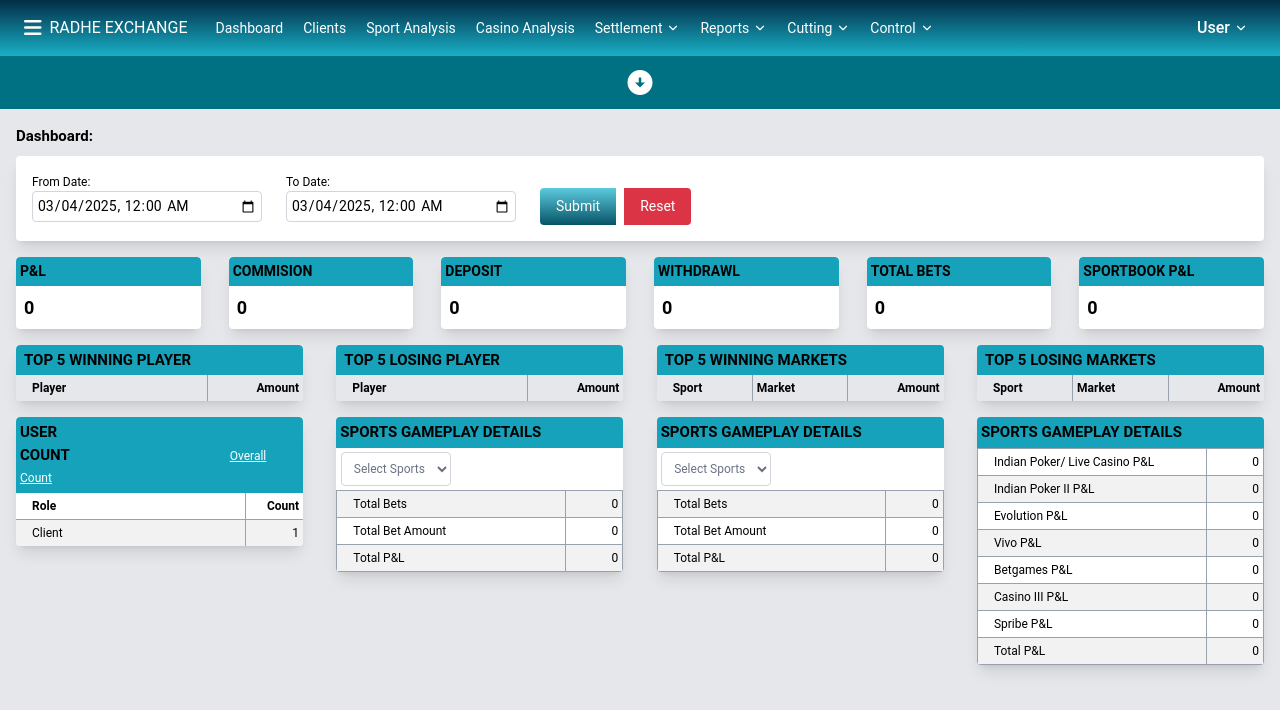
Repository: Habeebur1493/Radhe-Exchange
Page: /dashboard (app in frontend/)
An editor plug-in stored every save of this project. The page is shown before and after the next save, followed by the edit.
The browser window is 1280 px wide. The pictures show the whole page.
Some web libraries are served in a nearby version. The project was rebuilt for these pictures with package versions that can differ from the ones it lists, and the page was loaded fresh each time. Also part of the build but not shown: frontend/vite.config.js, frontend/src/components/login.jsx, frontend/src/components/Register.jsx.

Above is the page before, as saved 2025-03-05 12:36:21.

### frontend/index.html
<!doctype html>
<html lang="en">
  <head>
    <meta charset="UTF-8" />
    <meta name="viewport" content="width=device-width, initial-scale=1.0" />
    <link
    href="https://cdn.jsdelivr.net/npm/remixicon@4.5.0/fonts/remixicon.css"
    rel="stylesheet"
/>
<link rel="stylesheet" href="https://cdnjs.cloudflare.com/ajax/libs/font-awesome/6.7.2/css/all.min.css" integrity="sha512-Evv84Mr4kqVGRNSgIGL/F/aIDqQb7xQ2vcrdIwxfjThSH8CSR7PBEakCr51Ck+w+/U6swU2Im1vVX0SVk9ABhg==" crossorigin="anonymous" referrerpolicy="no-referrer" />
    <title>Radheexch | Admin</title>

  </head>
  <body>
    <div id="root"></div>
    <script type="module" src="/src/main.jsx"></script>
  </body>
</html>

### frontend/src/App.jsx
import React from "react";
import "./App.css";
import { Navigate, Routes, Route } from "react-router-dom";
import Login from "./components/login";
import Register from "./components/Register";
import Dashboard from "./components/dashboard";

const App = () => {
  return (
    <div>
      <Routes>
        <Route path="/" element={<Navigate to="/login" />} />
        <Route path="/login" element={<Login />} />
        <Route path="/register" element={<Register />} />
        <Route path="/dashboard" element={<Dashboard />} />
      </Routes>
    </div>
  );
};

export default App;

### frontend/src/App.css
@import "tailwindcss";

@import url('https://fonts.googleapis.com/css2?family=Roboto:ital,wght@0,100..900;1,100..900&display=swap');

:root {
    --primary-background: linear-gradient(#022d45, #18b0c7);
    --secondary-background: linear-gradient(#5dcbde, #075366);
    --tertiary-background: linear-gradient(#007182, #4ab4c7);
    --four-background: linear-gradient(#075366, #5dcbde);
}

.main{
    background: var(--primary-background);
    font-family: "Roboto", sans-serif;
}

.btn{
    background: var(--secondary-background);
    font-family: "Roboto", sans-serif;
}

nav{
    background: var(--primary-background);
    font-family: "Roboto", sans-serif;
    font-size: 14px;
}
.dashboard{
    font-family: "Roboto", sans-serif;
    font-size: 14px;
}

.sidebar{
    background: var(--tertiary-background);
    font-family: "Roboto", sans-serif;
    font-size: 14px;
}
.btn1{
    background: var(--secondary-background);
    font-family: "Roboto", sans-serif;
    transition: all 0.3s ease-in-out;
}
.btn1:hover{
    background: var(--four-background);
}

.dash{
    font-family: "Roboto", sans-serif;
    font-size: 14px;
}

### frontend/src/components/Sidebar.jsx
import React, { useState } from "react";
import { Link } from "react-router-dom"; // Ensure you use react-router for navigation

const Sidebar = () => {
  const [isOpen, setIsOpen] = useState(false);
  const [dropdowns, setDropdowns] = useState({});
  const [nestedDropdowns, setNestedDropdowns] = useState({});

  const toggleDropdown = (category) => {
    setDropdowns((prev) => ({ ...prev, [category]: !prev[category] }));
  };

  const toggleNestedDropdown = (item) => {
    setNestedDropdowns((prev) => ({ ...prev, [item]: !prev[item] }));
  };



  const menuItems = [
    {
      key: "cricket",
      label: "Cricket",
      items: [
        {
          title: "ICC Champions Trophy",
          subItems: ["India v Australia", "England v South Africa", "South Africa v New Zealand"],
        },
        {
          title: "Women's Premier League",
          subItems: ["Women's Premier League", "Up Warriorz W v Mumbai Indians W", "Gujarat Giants W v Delhi Capitals W"],
        },
        {
          title: "International T20 Masters League",
          subItems: ["Sri Lanka Masters v West Indies Masters", "India Masters v Australia Masters"],
        },
      ],
    },
    {
      key: "soccer",
      label: "Soccer",
      items: [
        {
          title: "League 1",
          subItems: ["Team A v Team B", "Team C v Team D"],
        },
        {
          title: "League 2",
          subItems: ["Match 3", "Match 4"],
        },
      ],
    },
    {
      key: "tennis",
      label: "Tennis",
      items: [
        {
          title: "Grand Slam",
          subItems: ["Final Match", "Semi Final"],
        },
        {
          title: "ATP Finals",
          subItems: ["Quarter Final", "Round of 16"],
        },
      ],
    },
    {
      key: "Horse",
      label: "Horse",
      items: [
        {
          title: "Grand Prix",
          subItems: ["Final Match", "Semi Final"],
        },
        {
          title: "ATP Finals",
          subItems: ["Quarter Final", "Round of 16"],
        },
      ],
    },
    {
      key: "Greyhound",
      label: "Greyhound",
      items: [
        {
          title: "Grand Prix",
          subItems: ["Final Match", "Semi Final"],
        },
        {
          title: "ATP Finals",
          subItems: ["Quarter Final", "Round of 16"],
        },
      ],
    },
  ];

  return (
    <div className="relative">
      {/* Menu Icon */}
      <button onClick={() => setIsOpen(!isOpen)} className="p-2 text-xl">
        <i className="fa-solid fa-bars"></i>
      </button>

      {/* Sidebar */}
      <div
        className={`sidebar fixed top-0 left-0 h-full w-52 mt-14 bg-[--tertiary-background] text-white transition-transform duration-300 ${
          isOpen ? "translate-x-0" : "-translate-x-full"
        }`}
      >

        <ul className="p-2">
  {menuItems.map(({ key, label, items }) => (
    <li key={key} className="cursor-pointer text-[12px] lg:text-[14px]">
      {/* Main Category */}
      <div
        className="flex justify-between items-center w-full p-2 hover:bg-[#5dcbde] transition-all border-b border-[#18b0c7]"
        onClick={() => toggleDropdown(key)}
      >
        {label} {" "}
        <i
          className={`fa-solid fa-caret-${dropdowns[key] ? "up" : "down"}`}
        ></i>
      </div>

      {/* First-level Dropdown */}
      <ul
        className={`overflow-hidden text-[11px] bg-[#d2dcf7] text-black transition-all duration-300 ${
          dropdowns[key] ? "max-h-[1000px] opacity-100" : "max-h-0 opacity-0"
        }`}
      >
        {items.map(({ title }, index) => (
          <li key={index} className="pl-6 pr-2 py-2">
            {title}
          </li>
        ))}
      </ul>
    </li>
  ))}
</ul>



        <ul className=" p-2">
          {menuItems.map(({ key, label, items }) => (
            <li key={key} className="cursor-pointer text-[12px] lg:text-[14px]">
              {/* Main Category */}
              <div
                className="flex justify-between items-center w-full p-2 hover:bg-[#5dcbde] transition-all border-b border-[#18b0c7]"
                onClick={() => toggleDropdown(key)}
              >
                {label}{" "}
                <i
                  className={`fa-solid fa-caret-${dropdowns[key] ? "up" : "down"}`}
                ></i>
              </div>

              {/* First-level Dropdown */}
              <ul
                className={`overflow-hidden text-[11px] bg-[#d2dcf7] text-black transition-all duration-300 ${
                  dropdowns[key] ? "max-h-[1000px] opacity-100" : "max-h-0 opacity-0"
                }`}
              >
                {items.map(({ title, subItems }, index) => (
                  <li key={index} className="pl-6 pr-2 py-2">
                    {/* Square Plus/Minus Icon */}
                    <button
                      onClick={() => toggleNestedDropdown(title)}
                      className="mr-2"
                    >
                      <i
                        className={`fa-solid fa-${
                          nestedDropdowns[title] ? "square-minus" : "square-plus"
                        } text-lg`}
                      ></i>
                    </button>
                    {title}

                    {/* Nested Dropdown */}
                    <ul
                      className={`overflow-hidden transition-all duration-300 ${
                        nestedDropdowns[title] ? "max-h-[1000px] opacity-100 pl-6" : "max-h-0 opacity-0"
                      }`}
                    >
                      {subItems.map((subItem, subIndex) => (
                        <li key={subIndex} className="text-black py-1 flex items-center">
                          <i className="fa-solid fa-square-xmark mr-2"></i>
                          <Link to={`/${key}/${title}/${subItem}`} className="cursor-pointer">
                            {subItem}
                          </Link>
                        </li>
                      ))}
                    </ul>
                  </li>
                ))}
              </ul>
            </li>
          ))}
        </ul>
      </div>
    </div>
  );
};

export default Sidebar;

Loaded but not shown: frontend/src/main.jsx (common file); frontend/src/components/DashContent.jsx (344 lines, source omitted); frontend/src/components/dashboard.jsx (240 lines, source omitted)

After the next save:
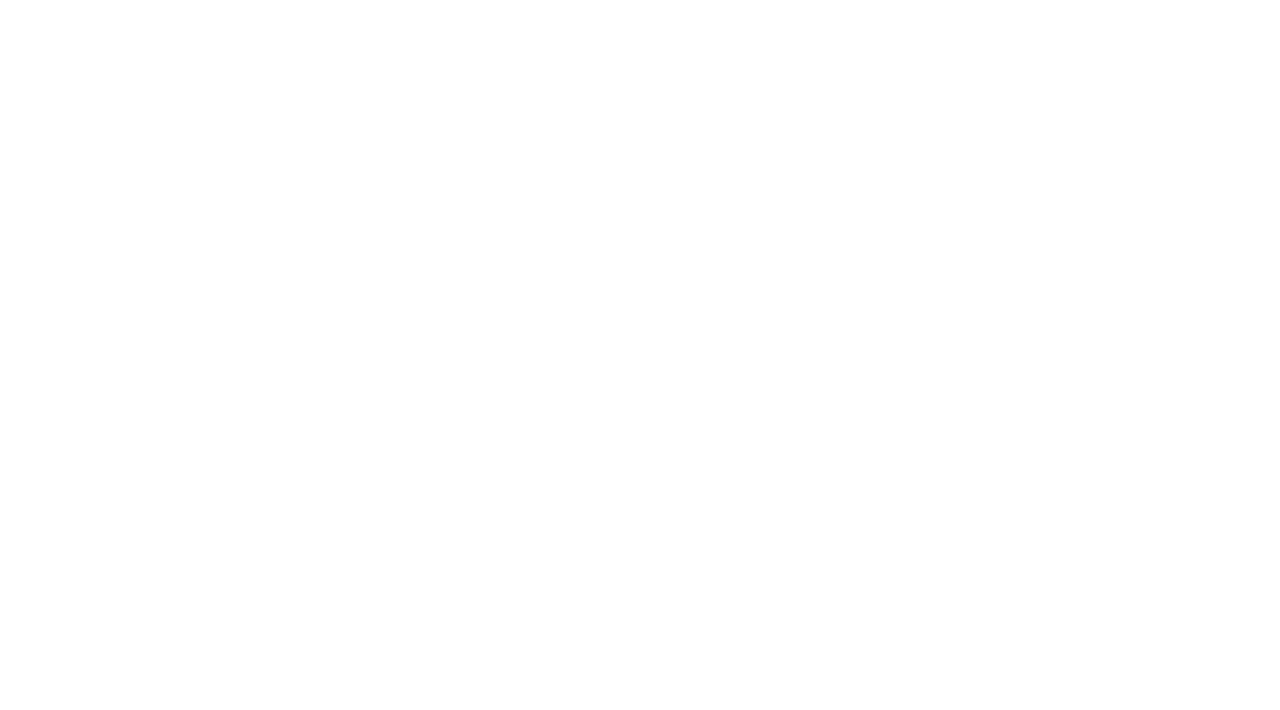
Console error: TypeError: Cannot read properties of undefined (reading 'map')
Saved 3 min 57 s later.
--- a/frontend/src/components/Sidebar.jsx
+++ b/frontend/src/components/Sidebar.jsx
@@ -14,24 +14,52 @@
     setNestedDropdowns((prev) => ({ ...prev, [item]: !prev[item] }));
   };
 
-
-
   const menuItems = [
+    {
+      key:"Dashoboard",
+      label: "Dashboard",
+    },
+    {
+      key:"Clients",
+      label: "Clients",
+    },
+    {
+      key:"Sport Analysis",
+      label: "Sport Analysis",
+    },
+    {
+      key:"Casino Analysis",
+      label: "Casino Analysis",
+    },
+
+  ]
+  const navItems = [
     {
       key: "cricket",
       label: "Cricket",
       items: [
         {
           title: "ICC Champions Trophy",
-          subItems: ["India v Australia", "England v South Africa", "South Africa v New Zealand"],
+          subItems: [
+            "India v Australia",
+            "England v South Africa",
+            "South Africa v New Zealand",
+          ],
         },
         {
           title: "Women's Premier League",
-          subItems: ["Women's Premier League", "Up Warriorz W v Mumbai Indians W", "Gujarat Giants W v Delhi Capitals W"],
+          subItems: [
+            "Women's Premier League",
+            "Up Warriorz W v Mumbai Indians W",
+            "Gujarat Giants W v Delhi Capitals W",
+          ],
         },
         {
           title: "International T20 Masters League",
-          subItems: ["Sri Lanka Masters v West Indies Masters", "India Masters v Australia Masters"],
+          subItems: [
+            "Sri Lanka Masters v West Indies Masters",
+            "India Masters v Australia Masters",
+          ],
         },
       ],
     },
@@ -106,39 +134,41 @@
           isOpen ? "translate-x-0" : "-translate-x-full"
         }`}
       >
-
+        {/* Sidebar Content - Nav items */}
         <ul className="p-2">
-  {menuItems.map(({ key, label, items }) => (
-    <li key={key} className="cursor-pointer text-[12px] lg:text-[14px]">
-      {/* Main Category */}
-      <div
-        className="flex justify-between items-center w-full p-2 hover:bg-[#5dcbde] transition-all border-b border-[#18b0c7]"
-        onClick={() => toggleDropdown(key)}
-      >
-        {label} {" "}
-        <i
-          className={`fa-solid fa-caret-${dropdowns[key] ? "up" : "down"}`}
-        ></i>
-      </div>
-
-      {/* First-level Dropdown */}
-      <ul
-        className={`overflow-hidden text-[11px] bg-[#d2dcf7] text-black transition-all duration-300 ${
-          dropdowns[key] ? "max-h-[1000px] opacity-100" : "max-h-0 opacity-0"
-        }`}
-      >
-        {items.map(({ title }, index) => (
-          <li key={index} className="pl-6 pr-2 py-2">
-            {title}
-          </li>
-        ))}
-      </ul>
-    </li>
-  ))}
-</ul>
-
-
-
+          {navItems.map(({ key, label, items }) => (
+            <li key={key} className="cursor-pointer text-[12px] lg:text-[14px]">
+              {/* Main Category */}
+              <div
+                className="flex justify-between items-center w-full p-2 hover:bg-[#5dcbde] transition-all border-b border-[#18b0c7]"
+                onClick={() => toggleDropdown(key)}
+              >
+                {label}{" "}
+                <i
+                  className={`fa-solid fa-caret-${
+                    dropdowns[key] ? "up" : "down"
+                  }`}
+                ></i>
+              </div>
+
+              {/* First-level Dropdown */}
+              <ul
+                className={`overflow-hidden text-[11px] bg-[#d2dcf7] text-black transition-all duration-300 ${
+                  dropdowns[key]
+                    ? "max-h-[1000px] opacity-100"
+                    : "max-h-0 opacity-0"
+                }`}
+              >
+                {items.map(({ title }, index) => (
+                  <li key={index} className="pl-6 pr-2 py-2">
+                    {title}
+                  </li>
+                ))}
+              </ul>
+            </li>
+          ))}
+        </ul>
+{/* Sidebar Content - Other items */}
         <ul className=" p-2">
           {menuItems.map(({ key, label, items }) => (
             <li key={key} className="cursor-pointer text-[12px] lg:text-[14px]">
@@ -149,14 +179,18 @@
               >
                 {label}{" "}
                 <i
-                  className={`fa-solid fa-caret-${dropdowns[key] ? "up" : "down"}`}
+                  className={`fa-solid fa-caret-${
+                    dropdowns[key] ? "up" : "down"
+                  }`}
                 ></i>
               </div>
 
               {/* First-level Dropdown */}
               <ul
                 className={`overflow-hidden text-[11px] bg-[#d2dcf7] text-black transition-all duration-300 ${
-                  dropdowns[key] ? "max-h-[1000px] opacity-100" : "max-h-0 opacity-0"
+                  dropdowns[key]
+                    ? "max-h-[1000px] opacity-100"
+                    : "max-h-0 opacity-0"
                 }`}
               >
                 {items.map(({ title, subItems }, index) => (
@@ -168,7 +202,9 @@
                     >
                       <i
                         className={`fa-solid fa-${
-                          nestedDropdowns[title] ? "square-minus" : "square-plus"
+                          nestedDropdowns[title]
+                            ? "square-minus"
+                            : "square-plus"
                         } text-lg`}
                       ></i>
                     </button>
@@ -177,13 +213,21 @@
                     {/* Nested Dropdown */}
                     <ul
                       className={`overflow-hidden transition-all duration-300 ${
-                        nestedDropdowns[title] ? "max-h-[1000px] opacity-100 pl-6" : "max-h-0 opacity-0"
+                        nestedDropdowns[title]
+                          ? "max-h-[1000px] opacity-100 pl-6"
+                          : "max-h-0 opacity-0"
                       }`}
                     >
                       {subItems.map((subItem, subIndex) => (
-                        <li key={subIndex} className="text-black py-1 flex items-center">
+                        <li
+                          key={subIndex}
+                          className="text-black py-1 flex items-center"
+                        >
                           <i className="fa-solid fa-square-xmark mr-2"></i>
-                          <Link to={`/${key}/${title}/${subItem}`} className="cursor-pointer">
+                          <Link
+                            to={`/${key}/${title}/${subItem}`}
+                            className="cursor-pointer"
+                          >
                             {subItem}
                           </Link>
                         </li>

After the 4 saves that followed:
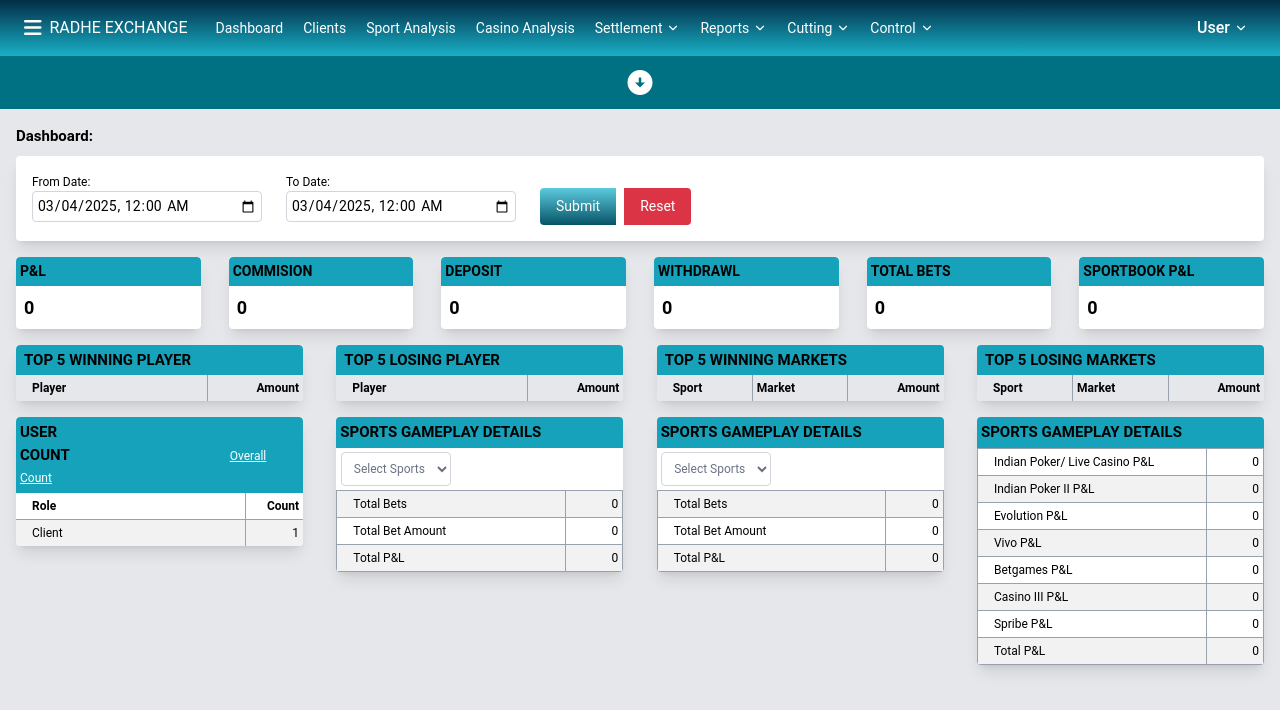
The error is gone.
The 4 saves are shown as one change because 3 left the picture as it was.
The last was saved 8 min 1 s later.
--- a/frontend/src/components/Sidebar.jsx
+++ b/frontend/src/components/Sidebar.jsx
@@ -1,5 +1,5 @@
 import React, { useState } from "react";
-import { Link } from "react-router-dom"; // Ensure you use react-router for navigation
+import { Link } from "react-router-dom";
 
 const Sidebar = () => {
   const [isOpen, setIsOpen] = useState(false);
@@ -14,7 +14,7 @@
     setNestedDropdowns((prev) => ({ ...prev, [item]: !prev[item] }));
   };
 
-  const menuItems = [
+  const navItems = [
     {
       key:"Dashoboard",
       label: "Dashboard",
@@ -31,9 +31,21 @@
       key:"Casino Analysis",
       label: "Casino Analysis",
     },
+    {
+      key:"Settlement",
+      label: "Settlement",
+      items:[
+        {
+          subItems:[
+          "User",
+          "Master",
+          ]
+        }
+      ]
+    }
 
   ]
-  const navItems = [
+  const menuItems = [
     {
       key: "cricket",
       label: "Cricket",
@@ -152,19 +164,18 @@
               </div>
 
               {/* First-level Dropdown */}
-              <ul
-                className={`overflow-hidden text-[11px] bg-[#d2dcf7] text-black transition-all duration-300 ${
-                  dropdowns[key]
-                    ? "max-h-[1000px] opacity-100"
-                    : "max-h-0 opacity-0"
-                }`}
-              >
-                {items.map(({ title }, index) => (
-                  <li key={index} className="pl-6 pr-2 py-2">
-                    {title}
-                  </li>
-                ))}
-              </ul>
+<ul
+  className={`overflow-hidden text-[11px] bg-[#d2dcf7] text-black transition-all duration-300 ${
+    dropdowns[key] ? "max-h-[1000px] opacity-100" : "max-h-0 opacity-0"
+  }`}
+>
+  {items?.map(({ title }, index) => (  // <-- Fix applied here
+    <li key={index} className="pl-6 pr-2 py-2">
+      {title}
+    </li>
+  ))}
+</ul>
+
             </li>
           ))}
         </ul>
